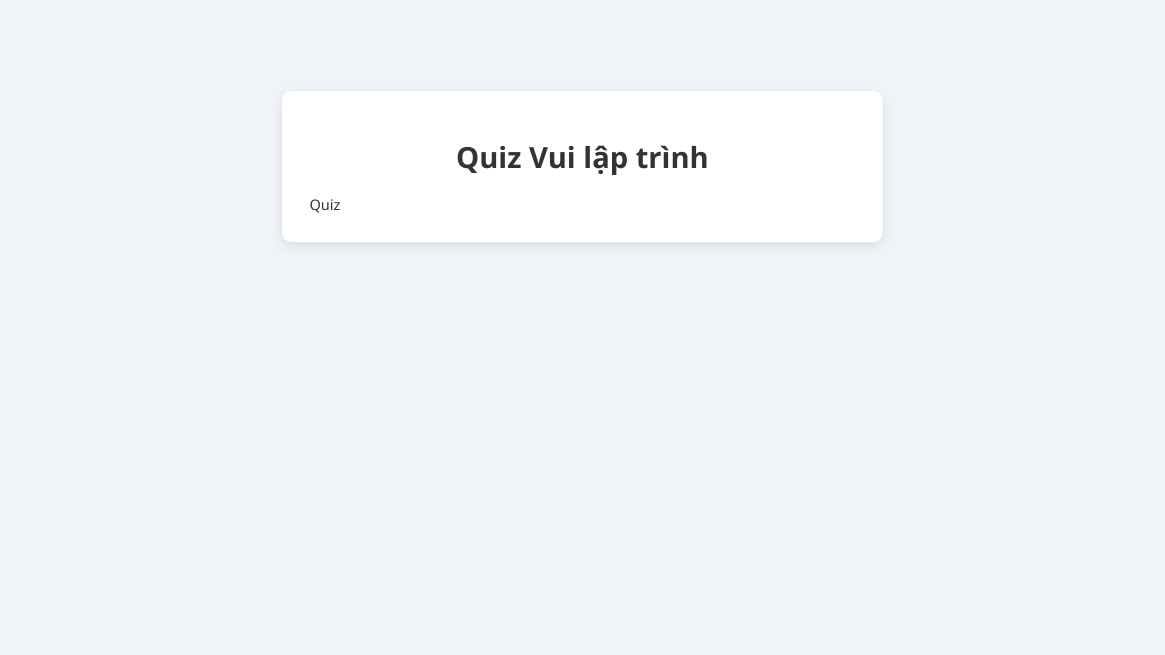
Repository: HuynhPPP/Quiz_App
Page: /
An editor plug-in stored every save of this project. The page is shown before and after the next save, followed by the edit.
The browser window is 1280 px wide. The pictures show the whole page, at 91% of full size.
The project was rebuilt for these pictures with package versions that can differ from the ones it lists, and the page was loaded fresh each time. Also part of the build but not shown: vite.config.js.

Above is the page before, as saved 2025-09-26 14:29:42.

After the next save:
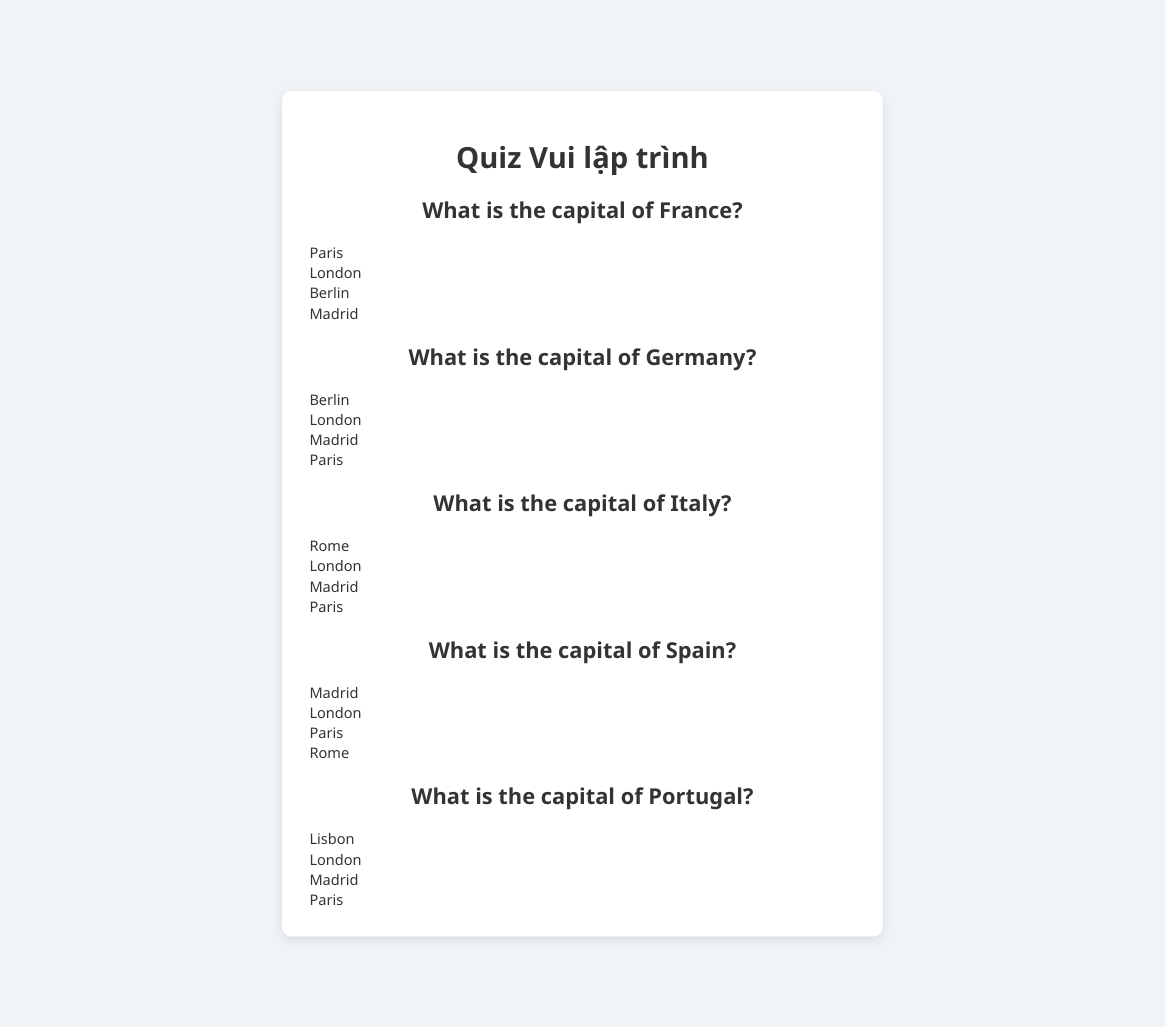
Saved 35 s later.
--- a/src/components/Quiz.jsx
+++ b/src/components/Quiz.jsx
@@ -1,6 +1,6 @@
 import React from 'react'
 
-const questions = [
+const quizData = [
     {
         question: "What is the capital of France?",
         options: ["Paris", "London", "Berlin", "Madrid"],
@@ -31,7 +31,16 @@ const questions = [
 
 const Quiz = () => {
   return (
-    <div>Quiz</div>
+    <div>
+        {quizData.map((question, index) => (
+            <div key={index}>
+                <h2>{question.question}</h2>
+                {question.options.map((option, index) => (
+                    <div key={index}>{option}</div>
+                ))}
+            </div>
+        ))}
+    </div>
   )
 }
 
